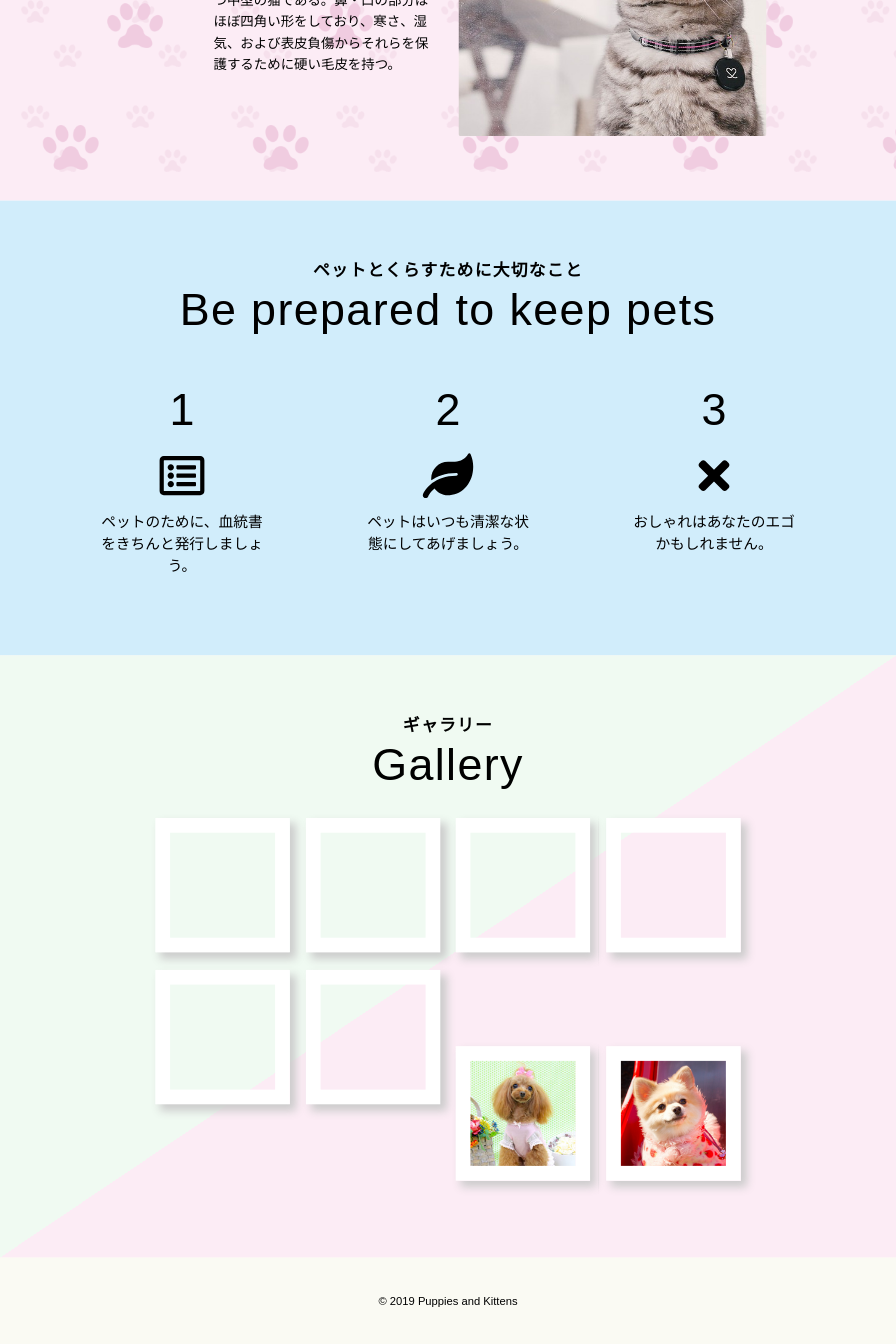
Repository: taekowithrowgit/frontend
Page: environment/api/add-api/rich-site/index.html
The author's editor kept a record of every edit. The page is drawn from the files as they stood at one moment, then again after the next edit.
The browser window is 1280 px wide. The pictures show the part of the page from y = 1962 to 3882 px (the page is 3882 px tall), at 70% of full size.
A picture or video elsewhere on the page could not be fetched, so the positions and the page height are approximate. The page's requests for data from a server got no answer. Some web fonts or font styles are not loaded; a fallback is used.

Above is the page before.

### environment/api/add-api/rich-site/index.html
<!DOCTYPE html>
<html lang="ja">

<head>
  <meta charset="utf-8">
  <title>Puppies and Kittens!</title>
  <meta name="viewport" content="width=device-width, initial-scale=1">

  <!-- Webフォント -->
  <link href="https://fonts.googleapis.com/css?family=Droid+Serif" rel="stylesheet">

  <!-- Bootstrap CSS -->
  <link rel="stylesheet" href="https://stackpath.bootstrapcdn.com/bootstrap/4.3.1/css/bootstrap.min.css">

  <!-- その他のライブラリのCSS -->
  <link rel="stylesheet" href="css/vendor/animate.css">
  <link rel="stylesheet" href="css/vendor/magnific-popup.css">

  <link rel="stylesheet" href="css/main.css">

  <noscript>
    <!-- JavaScriptが無効化されている場合の追加スタイルシート -->
    <link rel="stylesheet" href="css/noscript.css">
  </noscript>
</head>

<body data-spy="scroll" data-target="#navbar">
  <div class="top">

    <!-- ナビゲーションバー -->
    <nav class="navbar fixed-top navbar-expand-md navbar-light bg-light">
      <div class="container-fluid">

        <!-- ホームリンク -->
        <a href="#" class="navbar-brand" aria-label="ホーム">
          <i class="fas fa-paw" aria-hidden="true"></i>
        </a>

        <!-- 画面幅が狭い時に表示されるハンバーガーメニュー -->
        <button class="navbar-toggler" type="button" data-toggle="collapse" data-target="#navbar"
          aria-controls="navbar" aria-expanded="false" aria-label="Toggle navigation">
          <span class="navbar-toggler-icon"></span>
        </button>

        <!-- メニュー -->
        <div class="collapse navbar-collapse" id="navbar">
          <ul class="navbar-nav mr-auto">
            <li class="nav-item">
              <a class="nav-link" href="#top">Top</a>
            </li>
            <li class="nav-item">
              <a class="nav-link" href="#puppies">子犬</a>
            </li>
            <li class="nav-item">
              <a class="nav-link" href="#kittens">子猫</a>
            </li>
            <li class="nav-item">
              <a class="nav-link" href="#prepare">大切なこと</a>
            </li>
            <li class="nav-item">
              <a class="nav-link" href="#gallery">ギャラリー</a>
            </li>
          </ul>
        </div>
        <!--/.nav-collapse -->
      </div>
      <!--/.container-fluid -->
    </nav>

    <!-- 背景とビデオ -->
    <div class="top__bg">
      <video autoplay muted loop class="top__video">
        <source src="video/top-video.mp4" type="video/mp4">
      </video>
    </div>

    <div class="top__text-box">
      <h1 class="top__title">Puppies and Kittens!</h1>
      <div class="top__catchphrase">世界の子犬と子猫を大切に育てよう</div>
    </div>
  </div>

  <!-- 子犬の種類 -->
  <section id="puppies" class="puppies">
    <div class="puppies__phrase animated">子犬の種類</div>
    <h2 class="puppies__title animated">Puppies</h2>
    <div class="showcase showcase--leftpic container-fluid tabs animated">
      <div class="row">

        <!-- 拡大写真 -->
        <div class="tabs__content col-md-6 text-center">
          <div class="puppies-1">
            <img class="img-fluid rounded" src="img/puppy1.jpg" width="500" height="500" alt="シェパード">
          </div>
          <div class="puppies-2">
            <img class="img-fluid rounded" src="img/puppy2.jpg" width="500" height="500" alt="レトリバー">
          </div>
          <div class="puppies-3">
            <img class="img-fluid rounded" src="img/puppy3.jpg" width="500" height="500" alt="プードル">
          </div>
          <div class="puppies-4">
            <img class="img-fluid rounded" src="img/puppy4.jpg" width="500" height="500" alt="ポメラニアン">
          </div>
        </div>
        <!--/.tabs__content -->

        <!-- サムネイルと説明文 -->
        <div class="col-md-6 mt-2 mt-md-0">

          <!-- サムネイル -->
          <ul class="showcase__thumbnails tabs__menu">
            <li>
              <a href="#puppies-1">
                <img class="rounded" src="img/thumbnail/puppy1.jpg" width="60" height="60" alt="シェパード">
              </a>
            </li>
            <li>
              <a href="#puppies-2">
                <img class="rounded" src="img/thumbnail/puppy2.jpg" width="60" height="60" alt="レトリバー">
              </a>
            </li>
            <li>
              <a href="#puppies-3">
                <img class="rounded" src="img/thumbnail/puppy3.jpg" width="60" height="60" alt="プードル">
              </a>
            </li>
            <li>
              <a href="#puppies-4">
                <img class="rounded" src="img/thumbnail/puppy4.jpg" width="60" height="60" alt="ポメラニアン">
              </a>
            </li>
          </ul>
          <!--/.showcase__thumbnails -->

          <!-- 説明文 -->
          <div class="tabs__content">
            <section id="puppies-1">
              <div class="showcase__details">
                <h3 class="showcase__kind-name">シェパード</h3>
                <p class="showcase__kind-description">
                  ジャーマン・シェパード・ドッグは、ドイツ原産の犬種。「ドイツの牧羊犬」という意味である。この犬種は知的で忠誠心と服従心に富み、訓練を好む性格から種々な作業犬として訓練され、災害救助犬・軍用犬・警察犬・麻薬探知犬など特殊訓練を必要とする作業犬として活用されている。
                </p>
              </div>
            </section>
            <section id="puppies-2">
              <div class="showcase__details">
                <h3 class="showcase__kind-name">レトリバー</h3>
                <p class="showcase__kind-description">
                  ゴールデン・レトリバーは、イギリス原産の大型犬である。賢さ及び忠誠心を兼ね備え、穏和な性格の犬種であるためペットとして広く愛好されている。
                </p>
              </div>
            </section>
            <section id="puppies-3">
              <div class="showcase__details">
                <h3 class="showcase__kind-name">プードル</h3>
                <p class="showcase__kind-description">
                  プードルは、水中回収犬、鳥獣猟犬や愛玩犬(ペット)として飼育される犬種である。古くからヨーロッパで広くみられ、特にフランスでの人気が高く、「フレンチ・プードル」と呼称されることもある。
                </p>
              </div>
            </section>
            <section id="puppies-4">
              <div class="showcase__details">
                <h3 class="showcase__kind-name">ポメラニアン</h3>
                <p class="showcase__kind-description">
                  ポメラニアンは、犬の品種（犬種）の一つ。祖先犬は、スピッツ系に属する他の犬種と同じく、サモエド（ロシアのシベリアを原産としたトナカイの番やカモシカ狩り、そり引きをする犬）であると言われる。ポメラニアンという名前は、原産地のバルト海南岸の、3つの川に囲まれた低地であるポメラニア地方にちなんでいる。
                </p>
              </div>
            </section>
          </div>
          <!--/.tabs__content -->
        </div>
        <!--/.col-md-6 -->

      </div>
      <!--/.row -->
    </div>
    <!--/.showcase -->
  </section>
  <!--/.puppies -->

  <!-- 子猫の種類 -->
  <section id="kittens" class="kittens">
    <div class="kittens__phrase animated">子猫の種類</div>
    <h2 class="kittens__title animated">Kittens</h2>
    <div class="showcase showcase--rightpic container-fluid tabs animated">
      <div class="row">

        <!-- 拡大写真 -->
        <div class="tabs__content col-md-6 order-md-last text-center">
          <div class="kittens-1">
            <img class="img-fluid rounded" src="img/kitten1.jpg" width="500" height="500" alt="アメリカンショートヘア">
          </div>
          <div class="kittens-2">
            <img class="img-fluid rounded" src="img/kitten2.jpg" width="500" height="500" alt="スコティッシュフォールド">
          </div>
          <div class="kittens-3">
            <img class="img-fluid rounded" src="img/kitten3.jpg" width="500" height="500" alt="ベンガル">
          </div>
          <div class="kittens-4">
            <img class="img-fluid rounded" src="img/kitten4.jpg" width="500" height="500" alt="ロシアンブルー">
          </div>
        </div>
        <!--/.tabs__content -->

        <!-- サムネイルと説明文 -->
        <div class="col-md-6 mt-2 mt-md-0">

          <!-- サムネイル -->
          <ul class="showcase__thumbnails tabs__menu">
            <li>
              <a href="#kittens-1">
                <img class="rounded" src="img/thumbnail/kitten1.jpg" width="60" height="60" alt="アメリカンショートヘア">
              </a>
            </li>
            <li>
              <a href="#kittens-2">
                <img class="rounded" src="img/thumbnail/kitten2.jpg" width="60" height="60" alt="スコティッシュフォールド">
              </a>
            </li>
            <li>
              <a href="#kittens-3">
                <img class="rounded" src="img/thumbnail/kitten3.jpg" width="60" height="60" alt="ベンガル">
              </a>
            </li>
            <li>
              <a href="#kittens-4">
                <img class="rounded" src="img/thumbnail/kitten4.jpg" width="60" height="60" alt="ロシアンブルー">
              </a>
            </li>
          </ul>
          <!--/.showcase__thumbnails -->

          <!-- 説明文 -->
          <div class="tabs__content">
            <section id="kittens-1">
              <div class="showcase__details">
                <h3 class="showcase__kind-name">アメリカンショートヘア</h3>
                <p class="showcase__kind-description">
                  アメリカン・ショートヘアは、猫の品種。17世紀にメイフラワー号でアメリカに上陸したネコの子孫とされる。運動能力の高い、大きな脚を持つ中型の猫である。鼻・口の部分はほぼ四角い形をしており、寒さ、湿気、および表皮負傷からそれらを保護するために硬い毛皮を持つ。
                </p>
              </div>
            </section>
            <section id="kittens-2">
              <div class="showcase__details">
                <h3 class="showcase__kind-name">スコティッシュフォールド</h3>
                <p class="showcase__kind-description">
                  スコティッシュフォールドは、イギリスにその起源を有する猫の一品種。スコットランドで発見された突然変異の猫の個体から発生したこの品種は、折れ曲がったその独特の耳を何よりも際立った特徴としている。
                </p>
              </div>
            </section>
            <section id="kittens-3">
              <div class="showcase__details">
                <h3 class="showcase__kind-name">ベンガル</h3>
                <p class="showcase__kind-description">
                  ベンガルは、ネコの品種のひとつである。野生のヤマネコと短毛種のイエネコを交配して作られた。原産国はアメリカ。短毛種。頭は比較的小さく耳は比較的大きく、丸みのあるくさび型をしている。鼻は幅広。目は少しつり目気味で、丸い形をしている。
                </p>
              </div>
            </section>
            <section id="kittens-4">
              <div class="showcase__details">
                <h3 class="showcase__kind-name">ロシアンブルー</h3>
                <p class="showcase__kind-description">
                  ロシアンブルーは短毛種であり、毛の色はブルー（猫の場合、グレーの被毛を指す）によるソリッド・カラー。また尻尾にゴースト・タビーが見られることもある。アイカラーはグリーン、目の形はラウンド型、体形はフォーリン・タイプである。
                </p>
              </div>
            </section>
          </div>
          <!--/.tabs__content -->
        </div>
        <!--/.mt-md-0 -->

      </div>
      <!--/.row -->
    </div>
    <!--/.showcase -->
  </section>
  <!--/.kittens -->

  <!-- ペットとくらすために大切なこと -->
  <section id="prepare" class="prepare">
    <div class="prepare__phrase animated">ペットとくらすために大切なこと</div>
    <h2 class="prepare__title animated">Be prepared to keep pets</h2>
    <div class="container">
      <div class="row">

        <!-- その1 -->
        <div class="card col-lg-4 bg-transparent border-0 animated">
          <div class="card-body">
            <div class="card__number">1</div>
            <div class="card__icon">
              <i class="far fa-list-alt" aria-hidden="true"></i>
            </div>
            <div class="card__description">
              ペットのために、血統書をきちんと発行しましょう。
            </div>
          </div>
        </div>
        <!--/.card -->

        <!-- その2 -->
        <div class="card col-lg-4 bg-transparent border-0 animated">
          <div class="card-body">
            <div class="card__number">2</div>
            <div class="card__icon">
              <i class="fas fa-leaf" aria-hidden="true"></i>
            </div>
            <div class="card__description">
              ペットはいつも清潔な状態にしてあげましょう。
            </div>
          </div>
        </div>
        <!--/.card -->

        <!-- その3 -->
        <div class="card col-lg-4 bg-transparent border-0 animated">
          <div class="card-body">
            <div class="card__number">3</div>
            <div class="card__icon">
              <i class="fas fa-times" aria-hidden="true"></i>
            </div>
            <div class="card__description">
              おしゃれはあなたのエゴかもしれません。
            </div>
          </div>
        </div>
        <!--/.card -->
      </div>
      <!--/.row -->
    </div>
    <!--/.container -->
  </section>
  <!--/.prepare -->

  <!-- ギャラリー -->
  <section id="gallery" class="gallery">
    <div class="gallery__phrase animated">ギャラリー</div>
    <h2 class="gallery__title animated">Gallery</h2>
    <div class="image-gallery animated">
      <div class="image-gallery__item">
        <!--<a class="d-inline-block" href="img/kitten1.jpg">-->
        <!--  <img class="img-fluid" src="img/gallery-thumbnail/kitten1.jpg" width="150" height="150" alt="アメリカンショートヘア">-->
        <!--</a>-->
      </div>
      <div class="image-gallery__item">
        <!--<a class="d-inline-block" href="img/kitten2.jpg">-->
        <!--  <img class="img-fluid" src="img/gallery-thumbnail/kitten2.jpg" width="150" height="150" alt="スコティッシュフォールド">-->
        <!--</a>-->
      </div>
      <div class="image-gallery__item">
        <!--<a class="d-inline-block" href="img/kitten3.jpg">-->
        <!--  <img class="img-fluid" src="img/gallery-thumbnail/kitten3.jpg" width="150" height="150" alt="ベンガル">-->
        <!--</a>-->
      </div>
      <div class="image-gallery__item">
        <!--<a class="d-inline-block" href="img/kitten4.jpg">-->
        <!--  <img class="img-fluid" src="img/gallery-thumbnail/kitten4.jpg" width="150" height="150" alt="ロシアンブルー">-->
        <!--</a>-->
      </div>
      <div class="image-gallery__item">
        <!--<a class="d-inline-block" href="img/puppy1.jpg">-->
        <!--  <img class="img-fluid" src="img/gallery-thumbnail/puppy1.jpg" width="150" height="150" alt="シェパード">-->
        <!--</a>-->
      </div>
      <div class="image-gallery__item">
        <!--<a class="d-inline-block" href="img/puppy2.jpg">-->
        <!--  <img class="img-fluid" src="img/gallery-thumbnail/puppy2.jpg" width="150" height="150" alt="レトリバー">-->
        <!--</a>-->
      </div>
      <div class="image-gallery__item">
        <a class="d-inline-block" href="img/puppy3.jpg">
          <img class="img-fluid" src="img/gallery-thumbnail/puppy3.jpg" width="150" height="150" alt="プードル">
        </a>
      </div>
      <div class="image-gallery__item">
        <a class="d-inline-block" href="img/puppy4.jpg">
          <img class="img-fluid" src="img/gallery-thumbnail/puppy4.jpg" width="150" height="150" alt="ポメラニアン">
        </a>
      </div>
    </div>
    <!--/.image-gallery -->
  </section>
  <!--/.gallery -->

  <!-- フッター -->
  <footer>
    &copy; 2019 Puppies and Kittens
  </footer>

  <!-- まずjQuery -->
  <script src="https://code.jquery.com/jquery-3.4.1.min.js"></script>

  <!-- Popper.js, 次に Bootstrap JS -->
  <script src="https://cdnjs.cloudflare.com/ajax/libs/popper.js/1.14.7/umd/popper.min.js"></script>
  <script src="https://stackpath.bootstrapcdn.com/bootstrap/4.3.1/js/bootstrap.min.js"></script>

  <!-- その他のライブラリのJavaScript -->
  <script src="js/vendor/jquery.waypoints.min.js"></script>
  <script src="js/vendor/jquery.magnific-popup.min.js"></script>
  <script src="js/vendor/mobile-detect.min.js"></script>

  <script src="js/main.js"></script>

  <!-- Font Awesome -->
  <script defer src="https://use.fontawesome.com/releases/v5.7.2/js/all.js"></script>
</body>

</html>

### environment/api/add-api/rich-site/css/main.css
@charset "UTF-8";

body {
  color: #000;
  background-color: #fff;
  font-family: "Droid Serif", YuGothic, "游ゴシック", sans-serif;
}

.gallery-popup__caption {
  width: 500px;
  margin-left: auto;
  margin-right: auto;
  padding: 0 5px;
  background-color: #fff;
}

.animated {
  /* アニメーションで表示させるため最初は非表示 */
  opacity: 0;
}

.showcase {
  /* 左右中央に置く */
  margin: 0 auto;

  width: 88%;
  max-width: 940px;
}

.showcase__details {
  /* 左右中央に置く */
  margin: 0 auto;

  width: 100%;
  max-width: 460px;
}

.showcase__kind-name {
  font-size: 1.5rem;
  font-weight: 700;
}

.showcase__kind-description {
  font-size: 1.2rem;
  line-height: 1.6;
}

.card {
  text-align: center;
  margin-bottom: 3em;
}

.card__number,
.card__icon {
  font-size: 2.5rem;
}

.card__description {
  /* 左右中央に置く */
  margin: 0 auto;

  font-size: 1.3125rem;
  width: 80%;
}

.image-gallery {
  /* 左右中央に置く */
  margin: 0 auto;
  text-align: center;

  width: 90%;
  max-width: 1024px;
}

.image-gallery__item {
  /* 横に並ぶようにする */
  display: inline-block;

  /* width, heightがborderを含んだサイズになるようにする */
  box-sizing: border-box;

  width: 120px;
  height: 120px;

  /* 白い枠をつける */
  border: 8px solid #fff;

  /* 影をつける */
  box-shadow: 4px 4px 6px 1px #ccc;

  margin-left: 9px;
  margin-right: 9px;
  margin-bottom: 18px;

  /* 0.1秒かけて値を変化させるエフェクト */
  -webkit-transition: -webkit-transform 0.1s;
  transition: -webkit-transform 0.1s;
  transition: transform 0.1s;
  transition: transform 0.1s, -webkit-transform 0.1s;
}

.image-gallery__item:hover {
  /* 1.1倍に拡大 */
  -webkit-transform: scale(1.1);
  transform: scale(1.1);
}

.top {
  /* 子要素でposition:absoluteを使うため必要 */
  position: relative;
}

.top,
.top__bg {
  /* 画面いっぱいに広げる */
  width: 100%;
  height: 100vh;
  overflow: hidden;
}

.top__title {
  margin-bottom: 10px;
  font-size: 4rem;
  line-height: 77px;
  letter-spacing: 4px;
}

.top__catchphrase {
  font-size: 0.9rem;
}

.top__bg {
  /* .topと同じ左上位置に置く */
  position: absolute;
  left: 0;
  top: 0;

  /* 背景画像を画面いっぱいに置く */
  background-color: #fff;
  background-image: none;
  background-size: cover;
  background-position: center;
}

.top__video {
  /* モバイル（デフォルト）では非表示 */
  display: none;

  /* 動画を画面いっぱいに表示 */
  position: absolute;
  top: 50%;
  left: 50%;
  min-height: 100%;
  min-width: 100%;
  -webkit-transform: translate(-50%, -50%);
  transform: translate(-50%, -50%);
}

.top__text-box {
  /* 上下中央に置く */
  position: relative;
  top: 50%;
  left: 0;
  -webkit-transform: translateY(-50%);
  transform: translateY(-50%);
  text-align: center;
  width: 100%;

  font-weight: 100;
}

.puppies {
  padding-top: 82px;
  padding-bottom: 92px;

  /* 上から重ねる順に指定 */
  background: url(../img/puppies-bg-large.png), url(../img/puppies-bg-small.png),
    #f0faf2;
}

.puppies__phrase,
.kittens__phrase,
.prepare__phrase,
.gallery__phrase {
  text-align: center;
  font-size: 1rem;
  font-weight: 700;
  letter-spacing: 1.79px;
}

.puppies__title,
.kittens__title,
.prepare__title,
.gallery__title {
  margin-bottom: 37px;
  text-align: center;
  font-size: 2.4rem;
  letter-spacing: 2px;
}

.kittens {
  padding-top: 82px;
  padding-bottom: 92px;

  /* 上から重ねる順に背景を指定 */
  background: url(../img/kittens-bg-large.png), url(../img/kittens-bg-small.png),
    #fcecf5;
}

.prepare {
  padding-top: 82px;
  padding-bottom: 44px;
  background-color: #d1edfb;
}

.gallery {
  padding-top: 82px;
  padding-bottom: 92px;
  background-color: #faf7f0;
  background-image: -webkit-linear-gradient(
    top left,
    #f0faf2,
    #f0faf2 50%,
    #fcecf5 50%,
    #fcecf5
  );
  background-image: linear-gradient(
    to bottom right,
    #f0faf2,
    #f0faf2 50%,
    #fcecf5 50%,
    #fcecf5
  );
}

footer {
  padding: 50px 0;
  background-color: #fafaf3;
  text-align: center;
}

/*
 * -------------------------------
 * 子犬、子猫の種類で使うタブ - ここから
 * -------------------------------
 */
/* ulのデフォルトスタイルを消去 */
.tabs__menu {
  margin: 0;
  padding: 0;
  list-style-type: none;
  text-align: center;
}

/* タブの基本スタイル */
.tabs__menu li {
  display: inline-block;
  margin-bottom: 12px;
  opacity: 0.5;

  /* 各プロパティをふわっと変える演出 */
  -webkit-transition: all 0.15s;
  transition: all 0.15s;
}
.tabs__menu a {
  display: block;
  color: #557f95;
  text-decoration: none;
}

/* 非選択のタブにマウスを乗せたら色を変える */
.tabs__menu li:not(.active):hover {
  opacity: 0.7;
}

/* 選択中のタブ */
.tabs__menu .active {
  opacity: 1;
}
.tabs__menu .active a {
  color: #3f4548;
}

/* 各タブのコンテンツはデフォルトで非表示 */
.tabs__content section {
  display: none;
}

.tabs__content section.active {
  display: block;
}
/*
 * -------------------------------
 * 子犬、子猫の種類で使うタブ - ここまで
 * -------------------------------
 */

/*
 * -------------------------------
 * Magnific Popupのフェードイン・フェードアウト - ここから
 * -------------------------------
 */
/* オーバーレイする背景 初期状態 */
.mfp-fade.mfp-bg {
  opacity: 0;

  -webkit-transition: all 0.3s ease-out;
  -moz-transition: all 0.3s ease-out;
  transition: all 0.3s ease-out;
}
/* オーバーレイする背景 開始時アニメーション */
.mfp-fade.mfp-bg.mfp-ready {
  opacity: 0.8;
}
/* オーバーレイする背景 終了時アニメーション */
.mfp-fade.mfp-bg.mfp-removing {
  opacity: 0;
}

/* コンテンツ 初期状態 */
.mfp-fade.mfp-wrap .mfp-content {
  opacity: 0;

  -webkit-transition: all 0.3s ease-out;
  -moz-transition: all 0.3s ease-out;
  transition: all 0.3s ease-out;
}
/* コンテンツ 開始時アニメーション */
.mfp-fade.mfp-wrap.mfp-ready .mfp-content {
  opacity: 1;
}
/* コンテンツ 終了時アニメーション */
.mfp-fade.mfp-wrap.mfp-removing .mfp-content {
  opacity: 0;
}
/*
 * -------------------------------
 * Magnific Popupのフェードイン・フェードアウト - ここまで
 * -------------------------------
 */

/* Bootstrapのmd以上の表示幅で適用されるスタイル */
@media (min-width: 768px) {
  .top__catchphrase {
    font-size: 1.125rem;
  }

  .puppies__title,
  .kittens__title,
  .prepare__title,
  .gallery__title {
    font-size: 4rem;
  }

  .puppies__phrase,
  .kittens__phrase,
  .prepare__phrase,
  .gallery__phrase {
    font-size: 1.5rem;
  }

  .image-gallery__item {
    width: 192px;
    height: 192px;
    border: 21px solid #fff;
    box-shadow: 8px 8px 12px 1px #ccc;
  }

  .card__number,
  .card__icon {
    font-size: 4rem;
  }

  .showcase--leftpic .showcase__thumbnails {
    text-align: left;
  }
  .showcase--rightpic .showcase__thumbnails {
    text-align: right;
  }

  .showcase--rightpic .showcase__kind-name {
    text-align: right;
  }

  .showcase__details {
    max-width: 320px;
  }
  .showcase--leftpic .showcase__details {
    margin: 0 auto 0 0;
  }
  .showcase--rightpic .showcase__details {
    margin: 0 0 0 auto;
  }
}

/* 印刷用スタイル */
@media print {
  .animated {
    /* すべて表示 */
    opacity: 1;
  }
}

Loaded but not shown: environment/api/add-api/rich-site/css/vendor/animate.css (library); environment/api/add-api/rich-site/css/vendor/magnific-popup.css (library); environment/api/add-api/rich-site/js/vendor/jquery.waypoints.min.js (library); environment/api/add-api/rich-site/js/vendor/jquery.magnific-popup.min.js (library); environment/api/add-api/rich-site/js/vendor/mobile-detect.min.js (library); environment/api/add-api/rich-site/js/main.js (310 lines, source omitted)

After the next edit:
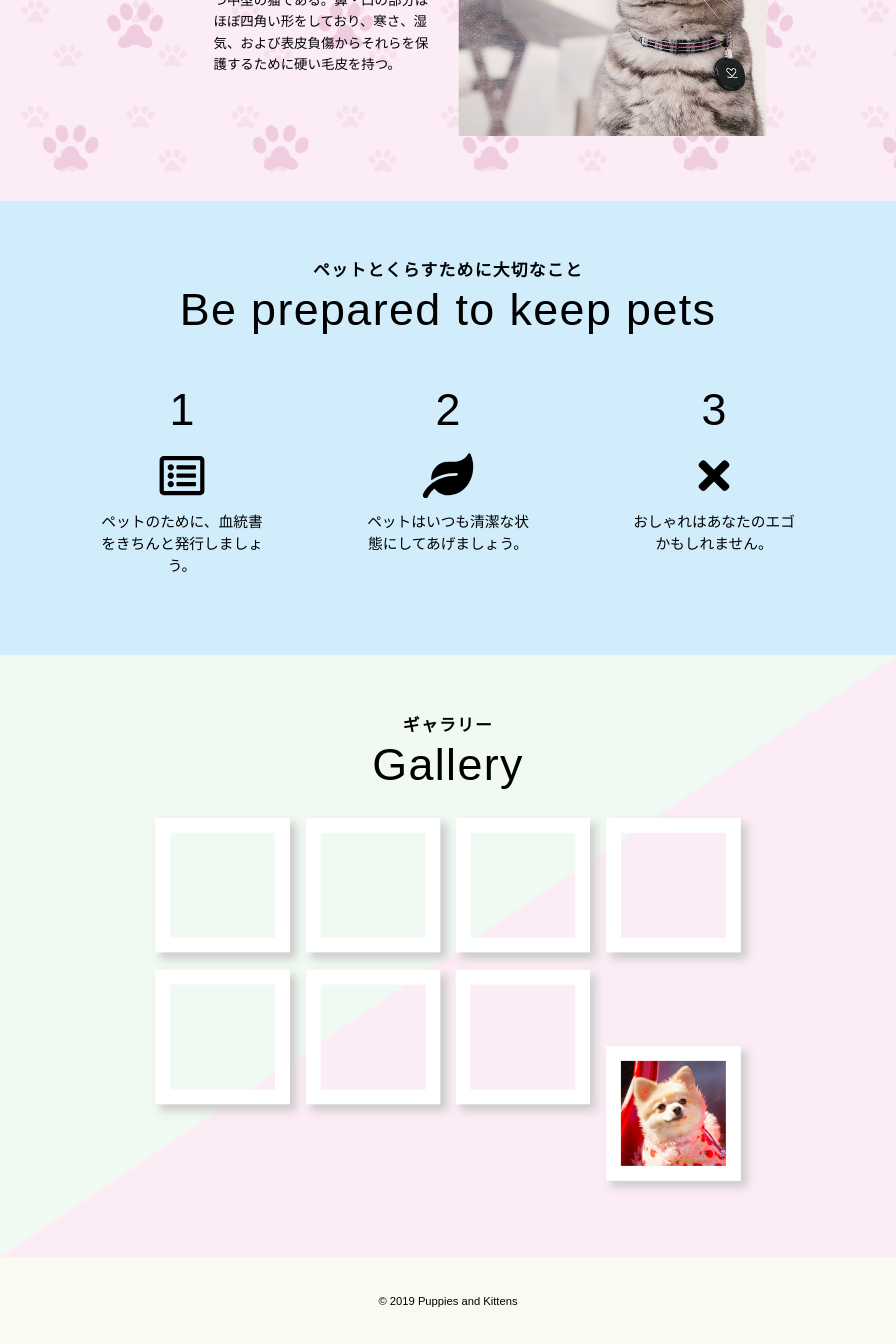
The edit:
--- a/environment/api/add-api/rich-site/index.html
+++ b/environment/api/add-api/rich-site/index.html
@@ -367,9 +367,9 @@
         <!--</a>-->
       </div>
       <div class="image-gallery__item">
-        <a class="d-inline-block" href="img/puppy3.jpg">
-          <img class="img-fluid" src="img/gallery-thumbnail/puppy3.jpg" width="150" height="150" alt="プードル">
-        </a>
+        <!--<a class="d-inline-block" href="img/puppy3.jpg">-->
+        <!--  <img class="img-fluid" src="img/gallery-thumbnail/puppy3.jpg" width="150" height="150" alt="プードル">-->
+        <!--</a>-->
       </div>
       <div class="image-gallery__item">
         <a class="d-inline-block" href="img/puppy4.jpg">
